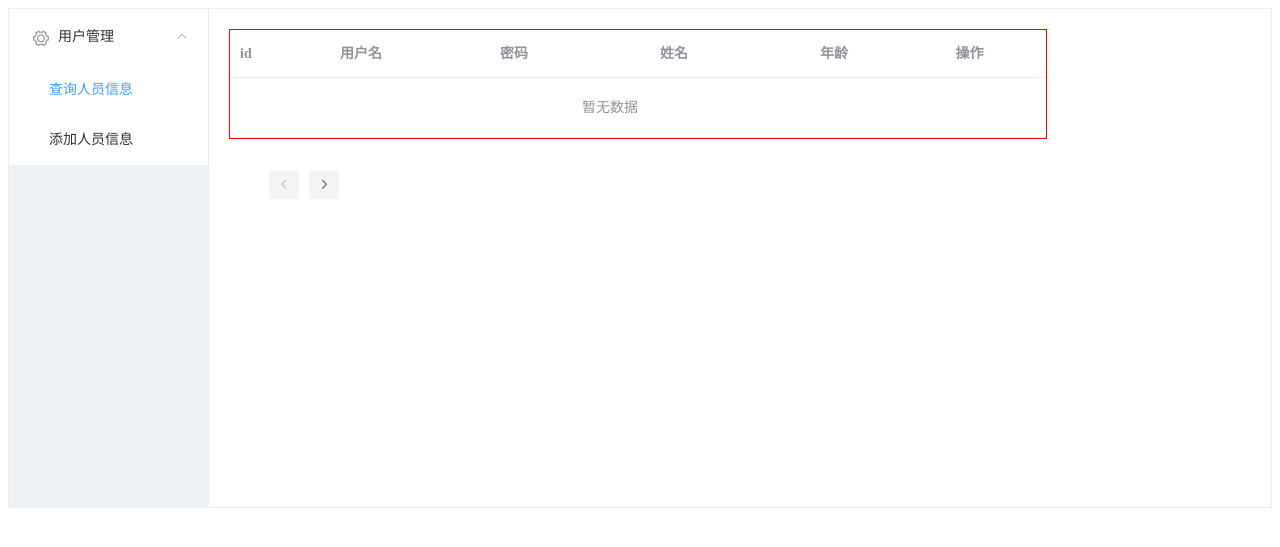
Repository: bigzheng11/-demo
Page: /userManage
The author's editor kept a copy of each file at every save. The page is drawn from the files as they stood at one save, then again after the next save.
The browser window is 1280 px wide. The pictures show the whole page.
The page's requests for data from a server got no answer. The project was rebuilt for these pictures with package versions that can differ from the ones it lists, and the page was loaded fresh each time. No one was signed in, and anything a server would have sent is missing. Also part of the build but not shown: vue.config.js, src/views/UserUpdate.vue, src/views/AddUser.vue.

Above is the page before, as saved 2022-07-18 22:01:33.

After the next save:
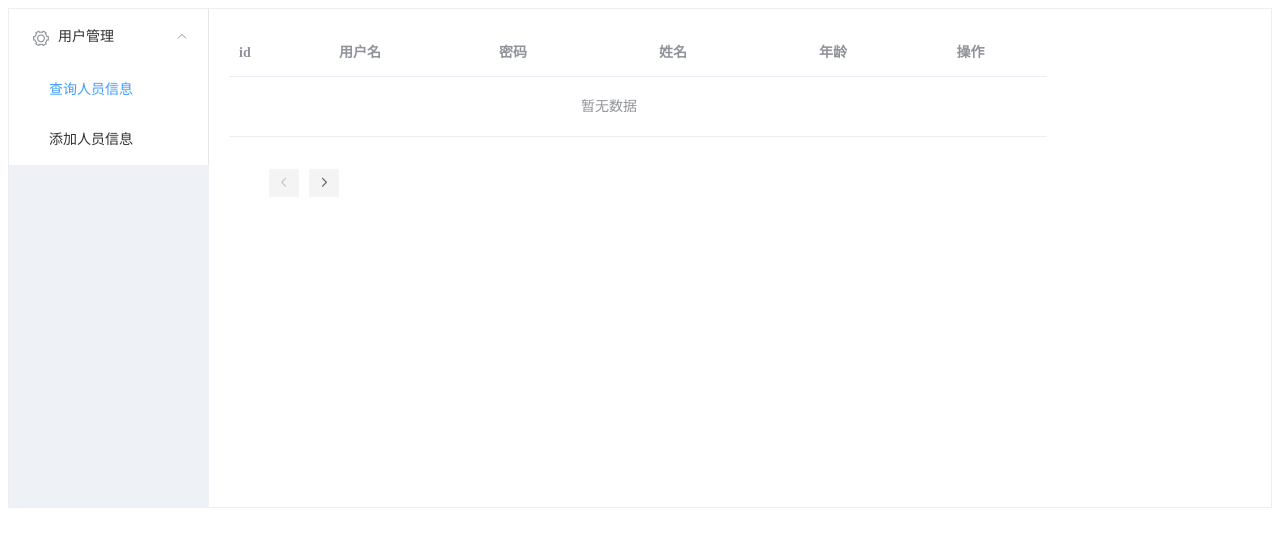
Saved 6 s later.
--- a/src/views/UserManage.vue
+++ b/src/views/UserManage.vue
@@ -1,6 +1,6 @@
 <template>
   <div>
-    <el-table :data="tableData"  style="width: 80%;border:red solid 1px;">
+    <el-table :data="tableData"  style="width: 80%;">
       <el-table-column fixed prop="id" label="id" width="100">
       </el-table-column>
       <el-table-column prop="username" label="用户名" width="160">
